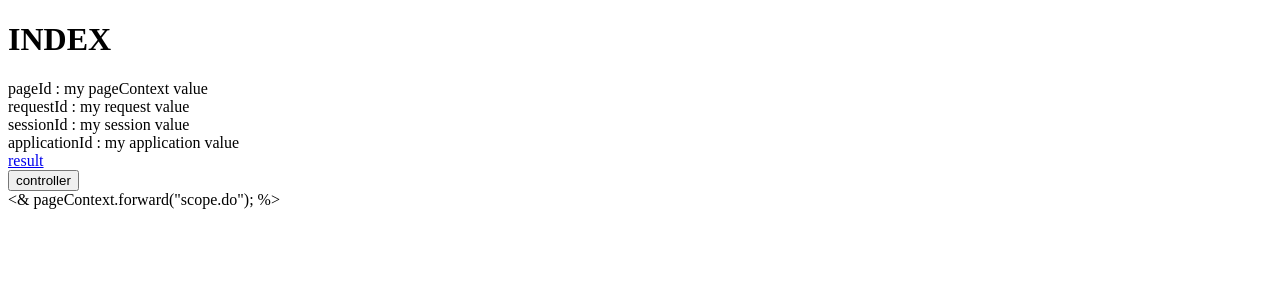
Repository: december-moon/WEB
Page: http://localhost/Jsp06_Scope/
These files come from the project's save history. The page is drawn as it stood at one moment and after the next save; the edit follows.
The browser window is 1280 px wide. The pictures show the whole page.
The page is served by Tomcat 9. Other server files are loaded and not shown.

Above is the page before, as saved 2021-02-24 00:38:59.

### Jsp06_Scope/WebContent/index.jsp
<%@ page language="java" contentType="text/html; charset=UTF-8"
    pageEncoding="UTF-8"%>
    <% request.setCharacterEncoding("UTF-8");
    response.setContentType("text/html; charset=UTF-8");%>
<!DOCTYPE html>
<html>
<head>
<meta charset="UTF-8">
<title>Insert title here</title>
</head>
<body>
<%
	pageContext.setAttribute("pageId", "my pageContext value");
	request.setAttribute("requestId", "my request value");
	session.setAttribute("sessionId", "my session value");
	application.setAttribute("applicationId", "my application value");

%>

	<h1>INDEX</h1>

	pageId : <%=pageContext.getAttribute("pageId") %><br/>
	requestId : <%=request.getAttribute("requestId") %><br/>
	sessionId : <%=session.getAttribute("sessionId") %><br/>
	applicationId : <%=application.getAttribute("applicationId") %><br/>

	<a href="result.jsp">result</a><br/>
	<form action="scope.do" method="post">
		<input type="hidden" name="myRequest" value="my request value 2"/>
		<input type="submit" value="controller"/>
	</form>

	<& pageContext.forward("scope.do"); %>

</body>
</html>

### Jsp06_Scope/WebContent/result.jsp
<%@ page language="java" contentType="text/html; charset=UTF-8"
    pageEncoding="UTF-8"%>
    <% request.setCharacterEncoding("UTF-8");
    response.setContentType("text/html; charset=UTF-8");%>
<!DOCTYPE html>
<html>
<head>
<meta charset="UTF-8">
<title>Insert title here</title>
</head>
<body>

	<h1>RESULT</h1>

	pageId : <%=pageContext.getAttribute("pageId") %><br/>
	requestId : <%=request.getAttribute("requestId") %><br/>
	sessionId : <%=session.getAttribute("sessionId") %><br/>
	applicationId : <%=application.getAttribute("applicationId") %><br/>
	MyRequest : <%=request.getAttribute("myRequest") %><br/>

</body>
</html>

After the next save:
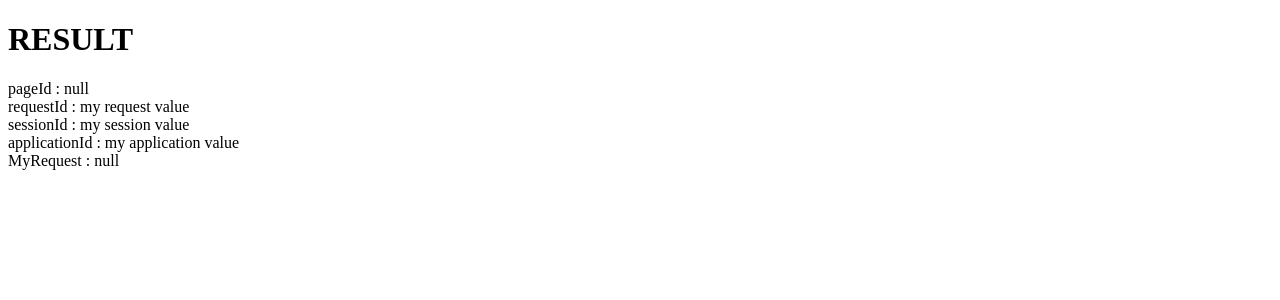
Saved 33 s later.
--- a/Jsp06_Scope/WebContent/index.jsp
+++ b/Jsp06_Scope/WebContent/index.jsp
@@ -30,7 +30,7 @@
 		<input type="submit" value="controller"/>
 	</form>
 
-	<& pageContext.forward("scope.do"); %>
+	<% pageContext.forward("scope.do"); %>
 
 </body>
 </html>
